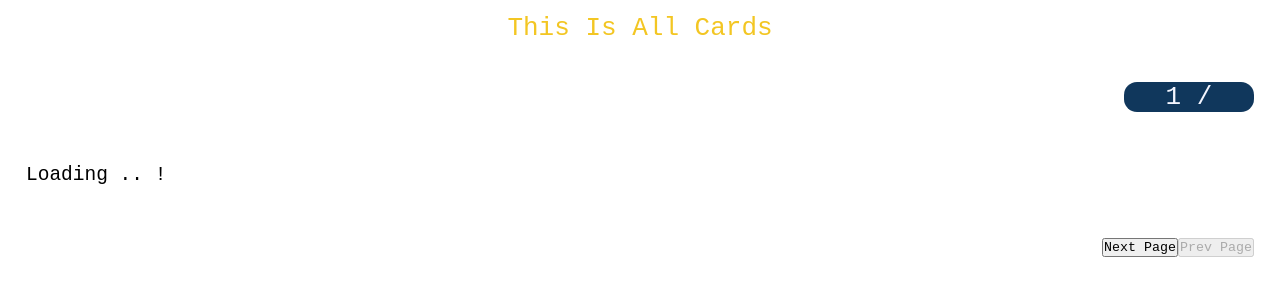
Repository: rehamtaher10/reactQueryTask
Page: /
These files come from the project's save history. The page is drawn as it stood at one moment and after the next save; the edit follows.
The browser window is 1280 px wide. The pictures show the whole page.
The page's requests for data from a server got no answer. The project was rebuilt for these pictures with package versions that can differ from the ones it lists, and the page was loaded fresh each time. No one was signed in, and anything a server would have sent is missing. Also part of the build but not shown: vite.config.js.

Above is the page before, as saved 2024-12-07 20:18:02.

After the next save:
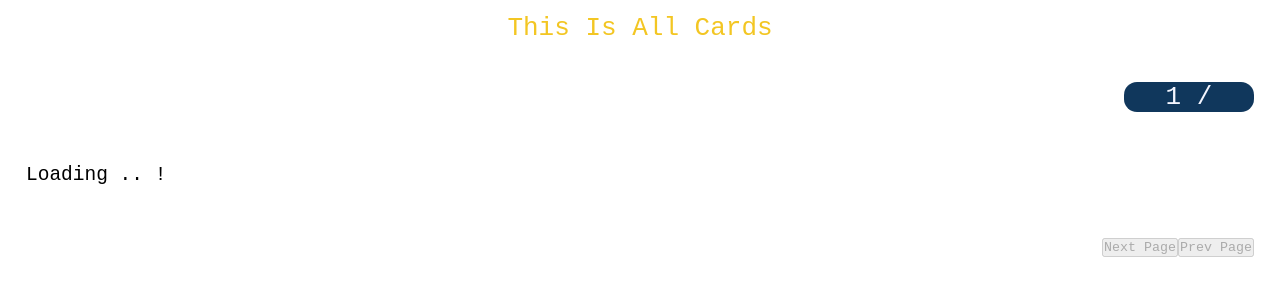
Saved 37 s later.
--- a/src/App.jsx
+++ b/src/App.jsx
@@ -41,7 +41,7 @@
       </div>
       <div className="pagination">
         <button disabled={page == 0} >Prev Page</button>
-        <button>Next Page</button>
+        <button disabled={page == 0}>Next Page</button>
 
       </div>
     </>

After the 5 saves that followed:
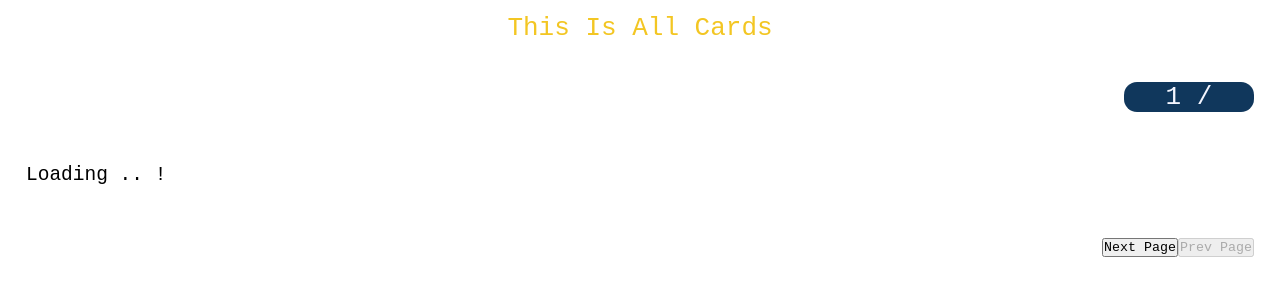
The 5 saves are shown as one change because 1 did not build or start and some came seconds apart.
The last was saved 18 s later.
--- a/src/App.jsx
+++ b/src/App.jsx
@@ -41,7 +41,7 @@
       </div>
       <div className="pagination">
         <button disabled={page == 0} >Prev Page</button>
-        <button disabled={page == 0}>Next Page</button>
+        <button disabled={data?.products}>Next Page</button>
 
       </div>
     </>
